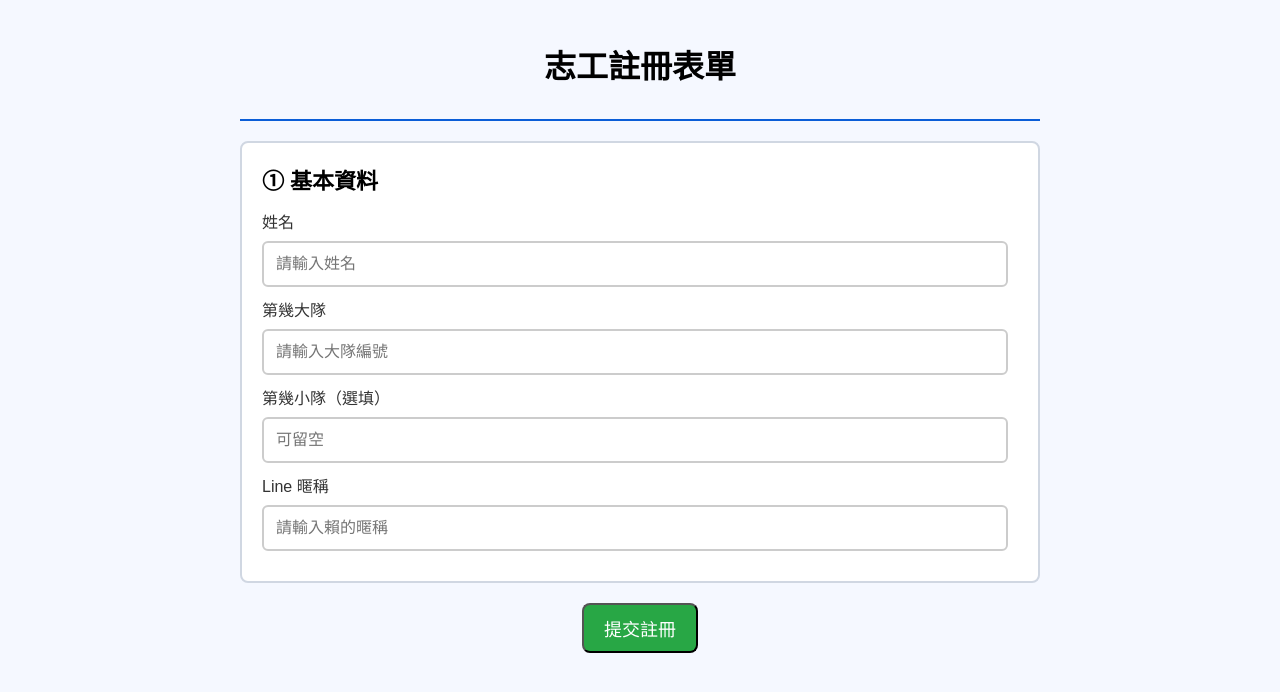
Repository: mommygoose40/register
Page: index.html
These files come from the project's save history. The page is drawn as it stood at one moment and after the next save; the edit follows.
The browser window is 1280 px wide. The pictures show the whole page.

Above is the page before, as saved 2025-11-11 15:30:40.

### index.html
<!DOCTYPE html>
<html lang="zh-TW">
<head>
  <meta charset="UTF-8">
  <meta name="viewport" content="width=device-width, initial-scale=1.0">
  <title>志工註冊表單</title>
  <style>
    /* === 基本排版設定 === */
    body {
      font-family: Arial, sans-serif;
      background-color: #f5f8ff;  /* 背景顏色 */
      color: #000;                /* 文字顏色 */
      margin: 0;
      padding: 0;
    }

    /* 內容區域的最大寬度 */
    .container {
      max-width: 800px;
      margin: 0 auto;   /* 居中 */
      padding: 20px;
    }

    /* 頁面標題樣式 */
    .header {
      text-align: center;
      color: #000;
      border-bottom: 2px solid #0b5ed7; /* 底部藍色邊框 */
      padding-bottom: 10px;
      margin-bottom: 20px;
    }

    /* 步驟標題樣式 */
    .step-title {
      font-weight: 700;
      font-size: 22px;
      color: #000;
      margin-bottom: 14px;
    }

    /* 表單區塊樣式 */
    .form-section {
      background: white;
      border-radius: 8px;
      border: 2px solid #d0d7e2;  /* 輕灰色邊框 */
      padding: 20px;
      margin-bottom: 20px;
    }

    label {
      font-size: 16px;
      color: #333;
      margin-bottom: 8px;
      display: inline-block;
    }

    input[type="text"],
    input[type="number"] {
      padding: 12px;
      width: 95%;
      border: 2px solid #ccc;
      border-radius: 6px;
      font-size: 16px;
      margin-bottom: 10px;
    }

    /* 按鈕樣式 */
    .ui-btn {
      display: inline-flex;
      align-items: center;
      justify-content: center;
      padding: 10px 18px;          /* 按鈕間距 */
      margin: 6px 4px;             /* 按鈕外邊距 */
      background: #0b5ed7;         /* 按鈕背景顏色 */
      color: #fff;                 /* 文字顏色 */
      border: none;                /* 去除邊框 */
      border-radius: 6px;          /* 圓角設計 */
      font-size: 21px;             /* 字體大小 */
      cursor: pointer;
    }

    .ui-btn:active {
      filter: brightness(0.7);  /* 按鈕被按下時的亮度變暗效果 */
    }

    /* 灰色型 */
    .ui-btn.gray {
      background: #60748f;
    }

    /* 藍色型 */
    .ui-btn.blue {
      background: #0b5ed7;
    }

    /* 提交按鈕 */
    .submit-btn {
      background: #28a745;
      font-size: 18px;
      color: white;
      padding: 10px 20px;
      border-radius: 8px;
      cursor: pointer;
    }

    .submit-btn:hover {
      background: #218838;
    }
  </style>
</head>

<body>
  <div class="container">
    <div class="header">
      <h1>志工註冊表單</h1>
    </div>

    <div class="form-section">
      <div class="step-title">① 基本資料</div>
      <label for="name">姓名</label>
      <input type="text" id="name" name="name" placeholder="請輸入姓名" required>

      <label for="division">第幾大隊</label>
      <input type="number" id="division" name="division" placeholder="請輸入大隊編號" required>

      <label for="team">第幾小隊（選填）</label>
      <input type="number" id="team" name="team" placeholder="可留空">

      <label for="lineName">Line 暱稱</label>
      <input type="text" id="lineName" name="lineName" placeholder="請輸入賴的暱稱" required>
    </div>

    <div style="text-align: center;">
      <button class="submit-btn" type="submit">提交註冊</button>
    </div>
  </div>
</body>
</html>

After the next save:
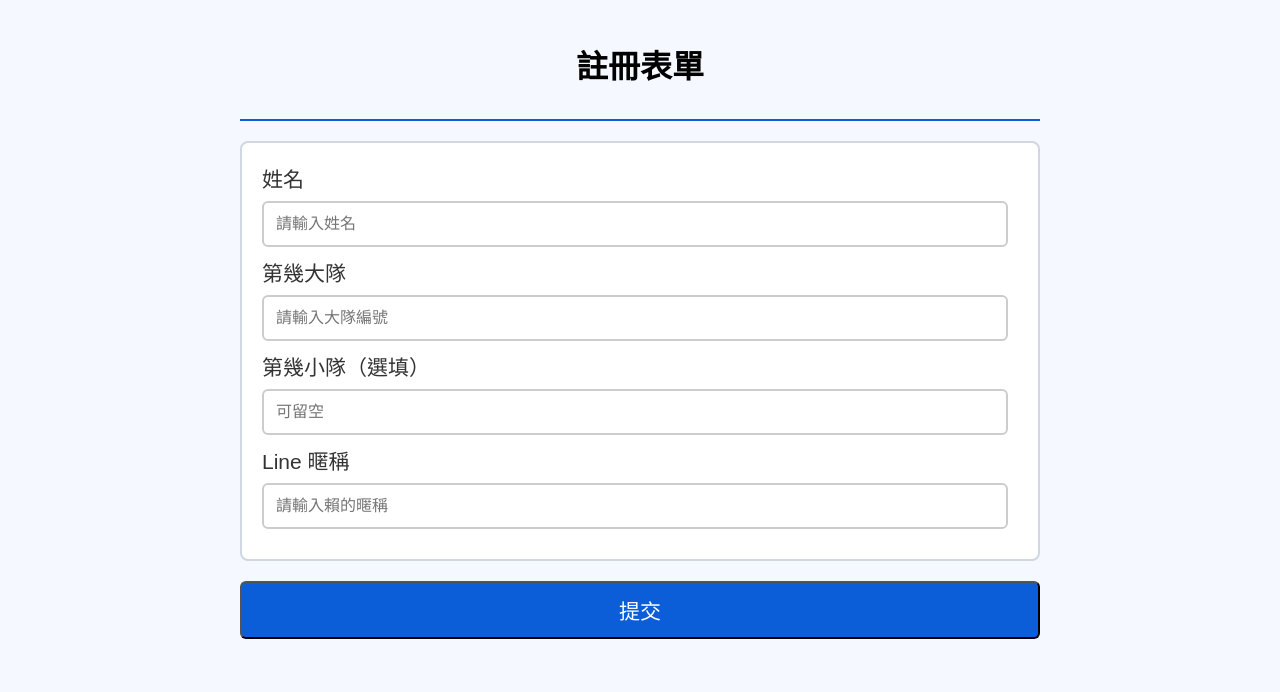
Saved 27 min 13 s later.
--- a/index.html
+++ b/index.html
@@ -3,7 +3,7 @@
 <head>
   <meta charset="UTF-8">
   <meta name="viewport" content="width=device-width, initial-scale=1.0">
-  <title>志工註冊表單</title>
+  <title>防汛志工註冊表單</title>
   <style>
     /* === 基本排版設定 === */
     body {
@@ -47,8 +47,9 @@
       margin-bottom: 20px;
     }
 
+    /* 輸入框的樣式 */
     label {
-      font-size: 16px;
+      font-size: 21px;  /* 文字大小與異常類型選項一致 */
       color: #333;
       margin-bottom: 8px;
       display: inline-block;
@@ -71,7 +72,7 @@
       justify-content: center;
       padding: 10px 18px;          /* 按鈕間距 */
       margin: 6px 4px;             /* 按鈕外邊距 */
-      background: #0b5ed7;         /* 按鈕背景顏色 */
+      background: #0b5ed7;         /* 藍色按鈕背景顏色 */
       color: #fff;                 /* 文字顏色 */
       border: none;                /* 去除邊框 */
       border-radius: 6px;          /* 圓角設計 */
@@ -83,40 +84,31 @@
       filter: brightness(0.7);  /* 按鈕被按下時的亮度變暗效果 */
     }
 
-    /* 灰色型 */
-    .ui-btn.gray {
-      background: #60748f;
-    }
-
-    /* 藍色型 */
-    .ui-btn.blue {
-      background: #0b5ed7;
-    }
-
     /* 提交按鈕 */
     .submit-btn {
-      background: #28a745;
-      font-size: 18px;
+      background: #0b5ed7;
+      font-size: 21px;
       color: white;
-      padding: 10px 20px;
-      border-radius: 8px;
+      padding: 12px 18px;
+      border-radius: 6px;
       cursor: pointer;
+      width: 100%;
     }
 
     .submit-btn:hover {
-      background: #218838;
+      background: #0a4a91;
     }
+
   </style>
 </head>
 
 <body>
   <div class="container">
     <div class="header">
-      <h1>志工註冊表單</h1>
+      <h1>註冊表單</h1>
     </div>
 
     <div class="form-section">
-      <div class="step-title">① 基本資料</div>
       <label for="name">姓名</label>
       <input type="text" id="name" name="name" placeholder="請輸入姓名" required>
 
@@ -131,7 +123,7 @@
     </div>
 
     <div style="text-align: center;">
-      <button class="submit-btn" type="submit">提交註冊</button>
+      <button class="submit-btn" type="submit">提交</button>
     </div>
   </div>
 </body>
